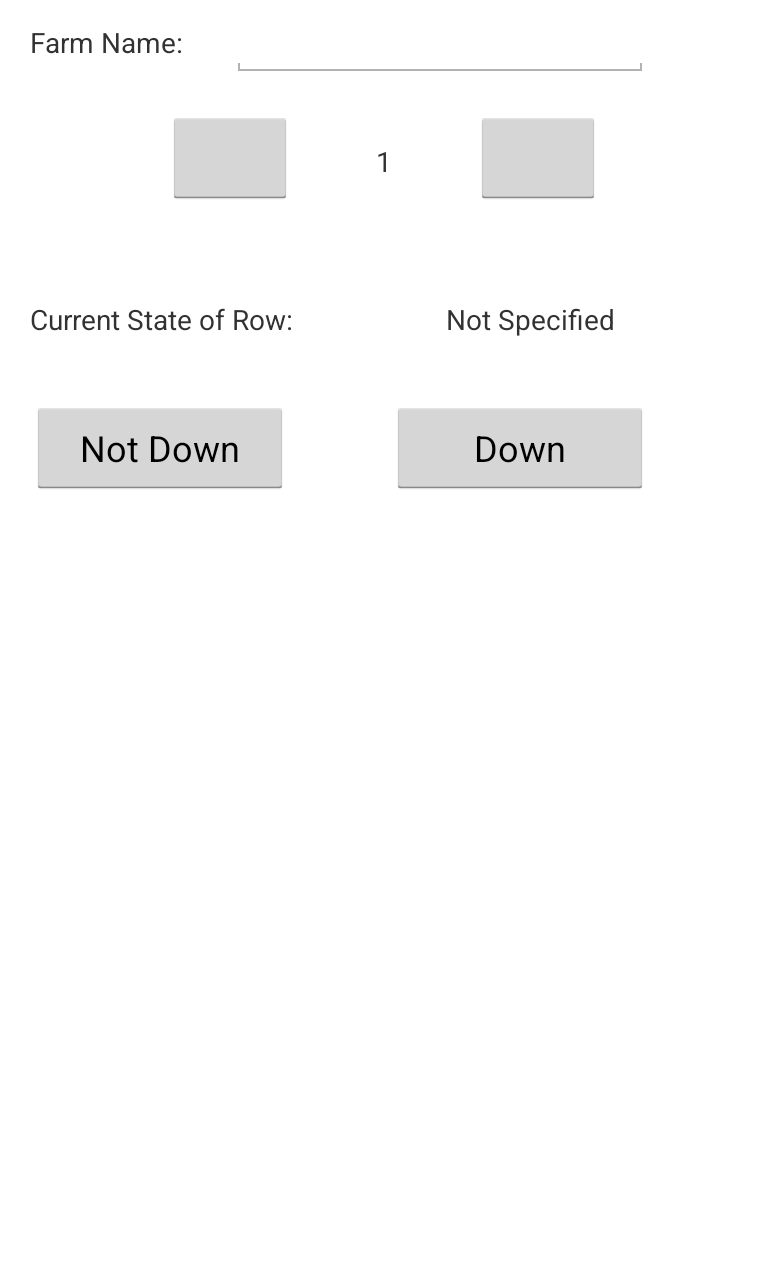
Repository: cokembel/FarmHand
Layout: FarmHand/res/layout/activity_main.xml
The author's editor kept a copy of each file at every save. The layout is drawn from the files as they stood at one save, then again after the next save.
It is drawn on a 768 x 1280 px phone screen (xhdpi) without system bars, with theme AppTheme; the app's code is not run.

Above is the layout before, as saved 2012-12-05 10:26:18.

### FarmHand/res/layout/activity_main.xml

    <ScrollView xmlns:android="http://schemas.android.com/apk/res/android"
        android:layout_width="match_parent"
        android:layout_height="match_parent"
        android:layout_alignParentLeft="true"
        android:layout_alignParentTop="true" >

        <RelativeLayout
            android:layout_width="match_parent"
            android:layout_height="wrap_content" >

            <TextView
                android:id="@+id/farm_label"
                android:layout_width="100dp"
                android:layout_height="wrap_content"
                android:layout_alignBaseline="@+id/farm_name"
                android:layout_alignBottom="@+id/farm_name"
                android:gravity="left"
                android:layout_marginLeft="15dp"
                android:text="@string/farm_name" />

            <AutoCompleteTextView
                android:id="@+id/farm_name"
                android:layout_width="wrap_content"
                android:layout_height="wrap_content"
                android:layout_toRightOf="@+id/farm_label"
                android:layout_alignParentTop="true"
                android:layout_marginRight="15dp"
                android:ems="10" />

            <TextView
                android:id="@+id/status_label"
                android:layout_width="wrap_content"
                android:layout_height="wrap_content"
                android:layout_marginTop="150dp"
                android:layout_alignLeft="@id/farm_label"
                android:text="@string/status" />

            <TextView
                android:id="@+id/current_status"
                android:layout_width="wrap_content"
                android:layout_height="wrap_content"
                android:layout_alignBaseline="@id/status_label"
                android:layout_alignParentRight="true"
                android:gravity="center_horizontal"
                android:layout_toRightOf="@id/status_label"
                android:text="Not Specified" />

             <TextView
                android:id="@+id/row_number"
                android:layout_width="90dp"
                android:layout_height="40dp"
                android:layout_alignBaseline="@+id/prev_row_button"
                android:layout_alignBottom="@+id/prev_row_button"
                android:layout_centerHorizontal="true"
                android:gravity="center"
                android:text="1" />

            <Button
                android:id="@+id/next_row_button"
                android:layout_width="wrap_content"
                android:layout_height="match_parent"
                android:layout_toRightOf="@id/row_number"
                android:layout_alignTop="@id/prev_row_button"
                />

            <Button
                android:id="@+id/prev_row_button"
                android:layout_toLeftOf="@+id/row_number"
                android:layout_width="wrap_content"
                android:layout_height="wrap_content"
                android:layout_marginTop="55dp"
               />

            <Button
                android:id="@+id/not_down_button"
                android:layout_width="130dp"
                android:layout_height="wrap_content"
                android:layout_alignLeft="@+id/status_label"
                android:layout_marginTop="200dp"
                android:text="Not Down" />

            <Button
                android:id="@+id/down_button"
                android:layout_width="130dp"
                android:layout_height="wrap_content"
                android:layout_alignParentBottom="true"
                android:layout_alignRight="@+id/farm_name"
                android:text="Down" />

        </RelativeLayout>

    </ScrollView>

### FarmHand/res/values/strings.xml
<resources>

    <string name="app_name">FarmHand</string>
    <string name="menu_settings">Settings</string>
    <string name="title_activity_main">FarmHand</string>
    <string name="farm_name">Farm Name:</string>
	<string name="status">Current State of Row:</string>

</resources>

Loaded but not shown: FarmHand/res/values-v11/styles.xml (common file); FarmHand/res/values-v14/styles.xml (common file); FarmHand/res/values/styles.xml (common file)

After the next save:
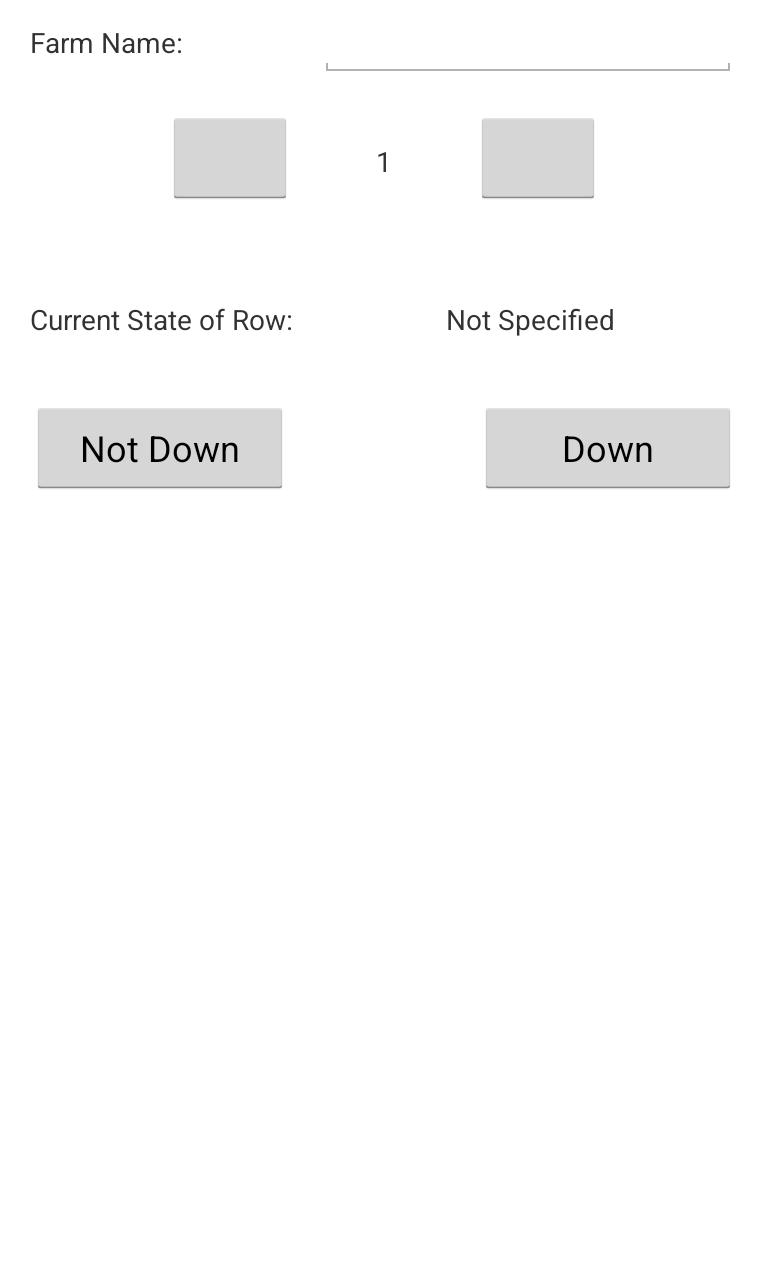
Saved 94 s later.
--- a/FarmHand/res/layout/activity_main.xml
+++ b/FarmHand/res/layout/activity_main.xml
@@ -9,24 +9,24 @@
             android:layout_width="match_parent"
             android:layout_height="wrap_content" >
 
+            <AutoCompleteTextView
+                android:id="@+id/farm_name"
+                android:layout_width="wrap_content"
+                android:layout_height="wrap_content"
+                android:layout_alignParentRight="true"
+                android:layout_alignParentTop="true"
+                android:layout_marginRight="15dp"
+                android:ems="10" />
+
             <TextView
                 android:id="@+id/farm_label"
                 android:layout_width="100dp"
                 android:layout_height="wrap_content"
-                android:layout_alignBaseline="@+id/farm_name"
-                android:layout_alignBottom="@+id/farm_name"
+                android:layout_alignBaseline="@id/farm_name"
+                android:layout_alignBottom="@id/farm_name"
                 android:gravity="left"
                 android:layout_marginLeft="15dp"
                 android:text="@string/farm_name" />
-
-            <AutoCompleteTextView
-                android:id="@+id/farm_name"
-                android:layout_width="wrap_content"
-                android:layout_height="wrap_content"
-                android:layout_toRightOf="@+id/farm_label"
-                android:layout_alignParentTop="true"
-                android:layout_marginRight="15dp"
-                android:ems="10" />
 
             <TextView
                 android:id="@+id/status_label"
@@ -66,7 +66,7 @@
 
             <Button
                 android:id="@+id/prev_row_button"
-                android:layout_toLeftOf="@+id/row_number"
+                android:layout_toLeftOf="@id/row_number"
                 android:layout_width="wrap_content"
                 android:layout_height="wrap_content"
                 android:layout_marginTop="55dp"
@@ -84,8 +84,9 @@
                 android:id="@+id/down_button"
                 android:layout_width="130dp"
                 android:layout_height="wrap_content"
-                android:layout_alignParentBottom="true"
+                android:layout_alignBottom="@id/not_down_button"
                 android:layout_alignRight="@+id/farm_name"
+
                 android:text="Down" />
 
         </RelativeLayout>

After the save that followed:
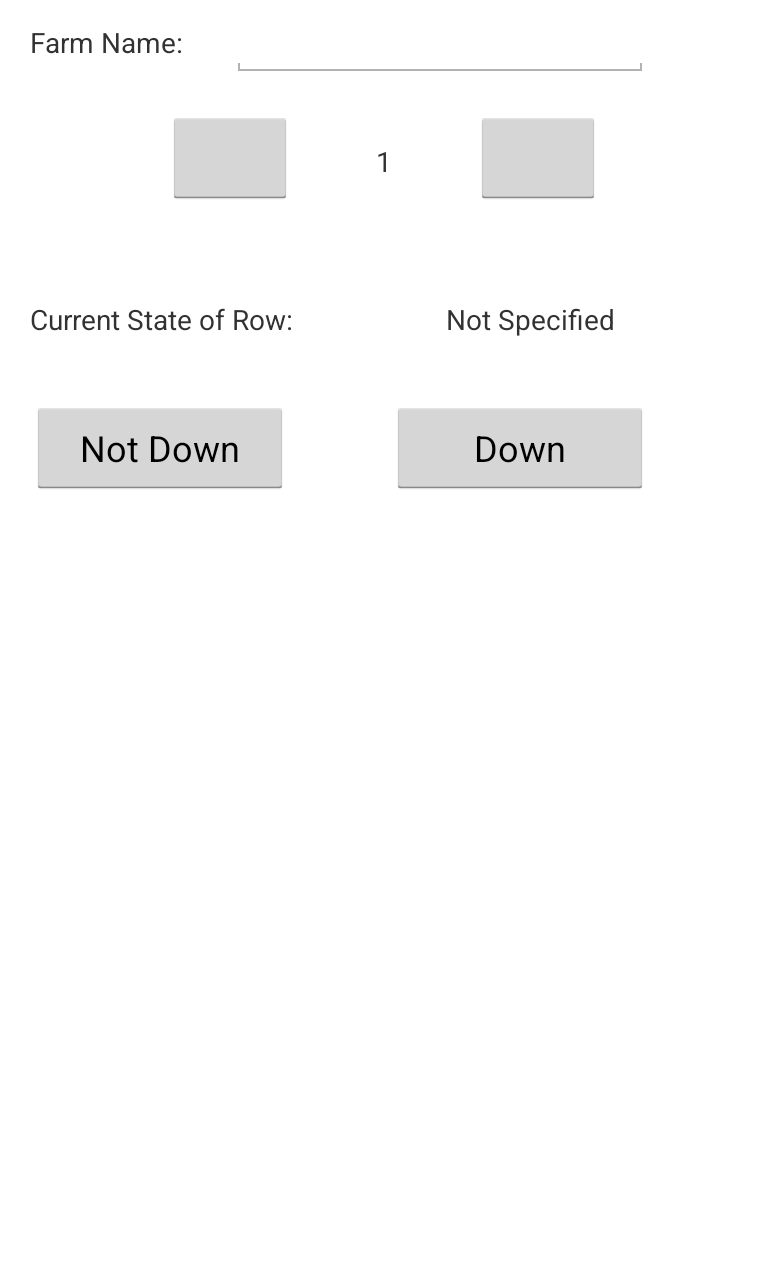
Saved 40 s later.
--- a/FarmHand/res/layout/activity_main.xml
+++ b/FarmHand/res/layout/activity_main.xml
@@ -13,8 +13,9 @@
                 android:id="@+id/farm_name"
                 android:layout_width="wrap_content"
                 android:layout_height="wrap_content"
-                android:layout_alignParentRight="true"
+                android:layout_toRightOf="@+id/farm_label"
                 android:layout_alignParentTop="true"
+
                 android:layout_marginRight="15dp"
                 android:ems="10" />
 
